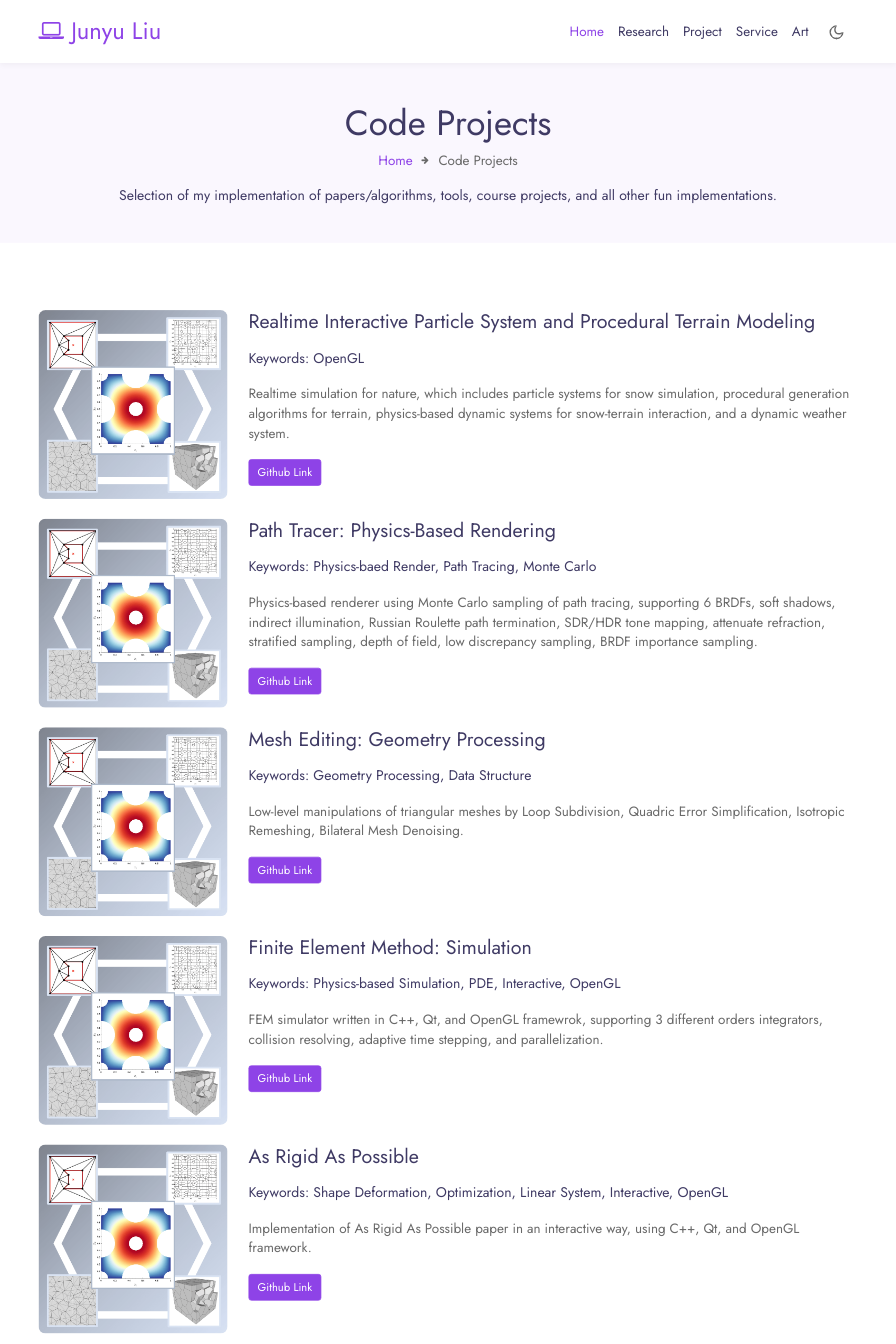
Repository: Junyu-Liu-Nate/junyu-liu-nate.github.io
Page: project.html
These files come from the project's save history. The page is drawn as it stood at one moment and after a run of saves; the edit follows.
The browser window is 1280 px wide. The pictures show the part of the page from y = 0 to 1920 px (the page is 3057 px tall), at 70% of full size.

Above is the page before, as saved 2024-04-10 19:16:36.
Console error: TypeError: Cannot read properties of null (reading 'classList')

### project.html
<!--
Author: Junyu Liu
Author: W3layouts
Author URL: http://w3layouts.com
-->
<!doctype html>
<html lang="en">

<head>
  <!-- Required meta tags -->
  <meta charset="utf-8">
  <meta name="viewport" content="width=device-width, initial-scale=1, shrink-to-fit=no">

  <title>Junyu Liu - Projects</title>

  <!-- google fonts -->
  <link href="//fonts.googleapis.com/css2?family=Jost:wght@300;400;600&display=swap" rel="stylesheet">

  <!-- Template CSS -->
  <link rel="stylesheet" href="assets/css/style-starter.css">
</head>

<body>
<!-- header -->
<header id="site-header" class="fixed-top">
  <div class="container">
      <nav class="navbar navbar-expand-lg stroke">
          <a class="navbar-brand" href="index.html">
              <span class="fa fa-laptop"></span> Junyu Liu
          </a>
          <!-- if logo is image enable this
      <a class="navbar-brand" href="#index.html">
          <img src="image-path" alt="Your logo" title="Your logo" style="height:35px;" />
      </a> -->
          <button class="navbar-toggler  collapsed bg-gradient" type="button" data-toggle="collapse"
              data-target="#navbarTogglerDemo02" aria-controls="navbarTogglerDemo02" aria-expanded="false"
              aria-label="Toggle navigation">
              <span class="navbar-toggler-icon fa icon-expand fa-bars"></span>
              <span class="navbar-toggler-icon fa icon-close fa-times"></span>
              </span>
          </button>

          <div class="collapse navbar-collapse" id="navbarTogglerDemo02">
            <ul class="navbar-nav ml-auto">
                <li class="nav-item active">
                    <a class="nav-link" href="index.html">Home <span class="sr-only">(current)</span></a>
                </li>
                <li class="nav-item @@research_active">
                    <a class="nav-link" href="research.html">Research</a>
                </li>
                <li class="nav-item @@project_active">
                  <a class="nav-link" href="project.html">Project</a>
                </li>
                <li class="nav-item @@service_active">
                  <a class="nav-link" href="service.html">Service</a>
                </li>
                <li class="nav-item @@art_active">
                    <a class="nav-link" href="art.html">Art</a>
                </li>
            </ul>
        </div>
          <!-- toggle switch for light and dark theme -->
          <div class="mobile-position">
              <nav class="navigation">
                  <div class="theme-switch-wrapper">
                      <label class="theme-switch" for="checkbox">
                          <input type="checkbox" id="checkbox">
                          <div class="mode-container">
                              <i class="gg-sun"></i>
                              <i class="gg-moon"></i>
                          </div>
                      </label>
                  </div>
              </nav>
          </div>
          <!-- //toggle switch for light and dark theme -->
      </nav>
  </div>
</header>
<!-- //header -->

<!-- about breadcrumb -->
<section class="w3l-about-breadcrumb text-center">
    <div class="breadcrumb-bg breadcrumb-bg-about py-sm-5 py-4">
        <div class="container py-2">
            <h2 class="title">Code Projects</h2>
            <ul class="breadcrumbs-custom-path mt-2">
                <li><a href="index.html">Home</a></li>
                <li class="active"><span class="fa fa-arrow-right mx-2" aria-hidden="true"></span> Code Projects </li>
            </ul>
            <br>
            <h5>Selection of my implementation of papers/algorithms, tools, course projects, and all other fun implementations.</h5>
        </div>
    </div>
</section>
<!-- //about breadcrumb -->

<!-- about page about section -->
<section class="w3l-aboutblock1" id="about">
    <div class="midd-w3 py-5">
        <div class="container py-lg-5 py-md-3">
              <div class="row">
                <div class="col-lg-3">
                  <div class="position-relative">
                      <img src="assets/images/project/thumnail/port-FEM-vs-VEM.png" alt="" class="radius-image img-fluid">
                  </div>
                </div>
                <div class="col-lg-9 mt-lg-0 mt-5">
                    <!-- <h5 class="title-small mb-2">Hello, I am UI/UX Designer</h5> -->
                    <h3 class="title">Realtime Interactive Particle System and Procedural Terrain Modeling</h3>
                    <br>
                    <h5>Keywords: OpenGL</h5>
                    <br>
                    <p>
                      Realtime simulation for nature, which includes particle systems for snow simulation, procedural generation algorithms for terrain, physics-based dynamic systems for snow-terrain interaction, and a dynamic weather system.
                    </p>
                    <br>
                    <div>
                      <a href="https://github.com/Junyu-Liu-Nate/Realtime-Interactive-Particle-System-Procedural-Modeling-OpenGL" class="btn btn-primary">Github Link</a>
                    </div>
                </div>
            </div>

            <p><br></p>

            <div class="row">
              <div class="col-lg-3">
                <div class="position-relative">
                    <img src="assets/images/project/thumnail/port-FEM-vs-VEM.png" alt="" class="radius-image img-fluid">
                </div>
              </div>
              <div class="col-lg-9 mt-lg-0 mt-5">
                  <!-- <h5 class="title-small mb-2">Hello, I am UI/UX Designer</h5> -->
                  <h3 class="title">Path Tracer: Physics-Based Rendering</h3>
                  <br>
                  <h5>Keywords: Physics-baed Render, Path Tracing, Monte Carlo</h5>
                  <br>
                  <p>
                    Physics-based renderer using Monte Carlo sampling of path tracing, supporting 6 BRDFs, soft shadows, indirect illumination, Russian Roulette path termination, SDR/HDR tone mapping, attenuate refraction, stratified sampling, depth of field, low discrepancy sampling, BRDF importance sampling.
                  </p>
                  <br>
                  <div>
                    <a href="https://github.com/Junyu-Liu-Nate/Path-Tracer-Physics-Based-Rendering" class="btn btn-primary">Github Link</a>
                  </div>
              </div>
            </div>

            <p><br></p>

            <div class="row">
              <div class="col-lg-3">
                <div class="position-relative">
                    <img src="assets/images/project/thumnail/port-FEM-vs-VEM.png" alt="" class="radius-image img-fluid">
                </div>
              </div>
              <div class="col-lg-9 mt-lg-0 mt-5">
                  <!-- <h5 class="title-small mb-2">Hello, I am UI/UX Designer</h5> -->
                  <h3 class="title">Mesh Editing: Geometry Processing</h3>
                  <br>
                  <h5>Keywords: Geometry Processing, Data Structure</h5>
                  <br>
                  <p>
                    Low-level manipulations of triangular meshes by Loop Subdivision, Quadric Error Simplification, Isotropic Remeshing, Bilateral Mesh Denoising.
                  </p>
                  <br>
                  <div>
                    <a href="https://github.com/Junyu-Liu-Nate/Mesh-Editing-Geometry-Processing" class="btn btn-primary">Github Link</a>
                  </div>
              </div>
            </div>

            <p><br></p>

            <div class="row">
              <div class="col-lg-3">
                <div class="position-relative">
                    <img src="assets/images/project/thumnail/port-FEM-vs-VEM.png" alt="" class="radius-image img-fluid">
                </div>
              </div>
              <div class="col-lg-9 mt-lg-0 mt-5">
                  <!-- <h5 class="title-small mb-2">Hello, I am UI/UX Designer</h5> -->
                  <h3 class="title">Finite Element Method: Simulation</h3>
                  <br>
                  <h5>Keywords: Physics-based Simulation, PDE, Interactive, OpenGL</h5>
                  <br>
                  <p>
                    FEM simulator written in C++, Qt, and OpenGL framewrok, supporting 3 different orders integrators, collision resolving, adaptive time stepping, and parallelization.
                  </p>
                  <br>
                  <div>
                    <a href="https://github.com/Junyu-Liu-Nate/Finite-Element-Method-Simulation" class="btn btn-primary">Github Link</a>
                  </div>
              </div>
            </div>

            <p><br></p>

            <div class="row">
              <div class="col-lg-3">
                <div class="position-relative">
                    <img src="assets/images/project/thumnail/port-FEM-vs-VEM.png" alt="" class="radius-image img-fluid">
                </div>
              </div>
              <div class="col-lg-9 mt-lg-0 mt-5">
                  <!-- <h5 class="title-small mb-2">Hello, I am UI/UX Designer</h5> -->
                  <h3 class="title">As Rigid As Possible</h3>
                  <br>
                  <h5>Keywords: Shape Deformation, Optimization, Linear System, Interactive, OpenGL</h5>
                  <br>
                  <p>
                    Implementation of As Rigid As Possible paper in an interactive way, using C++, Qt, and OpenGL framework.
                  </p>
                  <br>
                  <div>
                    <a href="https://github.com/Junyu-Liu-Nate/As-Rigid-As-Possible" class="btn btn-primary">Github Link</a>
                  </div>
              </div>
            </div>

            <p><br></p>

            <div class="row">
              <div class="col-lg-3">
                <div class="position-relative">
                    <img src="assets/images/project/thumnail/port-FEM-vs-VEM.png" alt="" class="radius-image img-fluid">
                </div>
              </div>
              <div class="col-lg-9 mt-lg-0 mt-5">
                  <!-- <h5 class="title-small mb-2">Hello, I am UI/UX Designer</h5> -->
                  <h3 class="title">Interactive Drawing Board and Image Editor</h3>
                  <br>
                  <h5>Keywords: Interactive, Drawing Board, Filters, Sampling</h5>
                  <br>
                  <p>
                    2D interactive drawing board and image editor. The drawing board supports flexible brush flows (constant, linear, quadratic, smudge, spray, fill, and alpha blending), brush sizes, brush colors. The image editor supports image filtering (3 blurring filters, 2 edge detection), image scaling and roatation, tone mapping, etc.
                  </p>
                  <br>
                  <div>
                    <a href="https://github.com/Junyu-Liu-Nate/Interactive-Drawing-Board-and-Image-Editor" class="btn btn-primary">Github Link</a>
                  </div>
              </div>
            </div>

            <p><br></p>

            <div class="row">
              <div class="col-lg-3">
                <div class="position-relative">
                    <img src="assets/images/project/thumnail/port-FEM-vs-VEM.png" alt="" class="radius-image img-fluid">
                </div>
              </div>
              <div class="col-lg-9 mt-lg-0 mt-5">
                  <!-- <h5 class="title-small mb-2">Hello, I am UI/UX Designer</h5> -->
                  <h3 class="title">Ray Tracer: Photorealistic Rendering</h3>
                  <br>
                  <h5>Keywords: Render, Ray Tracing, Illumination, Data Structure</h5>
                  <br>
                  <p>
                    Ray Tracer which supports 4 BRDFs, implict/explicit shape rendering, advanced lighting, texture mapping,anti-aliasing, super-sampling, filtering, depth of field, soft shadow, acceleration, parallelization, etc.
                  </p>
                  <br>
                  <div>
                    <a href="https://github.com/Junyu-Liu-Nate/Ray-Tracer-Photorealistic-Rendering" class="btn btn-primary">Github Link</a>
                  </div>
              </div>
            </div>

            <p><br></p>

            <div class="row">
              <div class="col-lg-3">
                <div class="position-relative">
                    <img src="assets/images/project/thumnail/port-FEM-vs-VEM.png" alt="" class="radius-image img-fluid">
                </div>
              </div>
              <div class="col-lg-9 mt-lg-0 mt-5">
                  <!-- <h5 class="title-small mb-2">Hello, I am UI/UX Designer</h5> -->
                  <h3 class="title">Realtime Interactive Rasterizor: OpenGL</h3>
                  <br>
                  <h5>Keywords: Render, Rasterization, Illumination, Interacive, OpenGL</h5>
                  <br>
                  <p>
                    Realtime rasterizor with interactive support, including 4 BRDFs, implicit/explicit shape rendering, interactive camera movements, FBO, texture mapping, FXAA, adaptive level of detail, etc.
                  </p>
                  <br>
                  <div>
                    <a href="https://github.com/Junyu-Liu-Nate/Realtime-Interactive-Rasterizor-OpenGL" class="btn btn-primary">Github Link</a>
                  </div>
              </div>
            </div>

            <p><br></p>
        </div>

    </div>
    </div>
    </div>
</section>
<!-- //about page about section -->

<!-- about page third section -->
<!-- <section class="w3l-content-6 py-5">
    <div class="content-6-mian py-lg-5 py-md-4">
        <div class="container">
            <div class="content-info-in row">
                <div class="content-gd col-lg-6">
                    <h3 class="title-big mb-4">My Research Journey</h3>
                    <p>
                      I began with several Human-Computer Interaction works, focusing on (semi-)autonomous vehicles, with an exploration in interactive toolkit designs, privacy protection techniques, and multi-modal predictions of statistics.
                      <br><br>

                      I pusue my love of Computer Graphics and dig deeper into Physics-based character animation, Geometry Processing, and Simulation. Now, my main interest is Geometry Processing and Digital Fabrication.
                    </p>
                </div>
                <div class="content-gd col-lg-4 offset-lg-1">
                    <br><br><br>
                    <h5><b>Project Topic Coverage</b></h5><br>
                    <div class="progress-info">
                        <h6 class="progress-tittle">Computer Graphics</h6>
                        <div class="progress">
                            <div class="progress-bar progress-bar-striped" role="progressbar" style="width: 36%"
                                aria-valuenow="36" aria-valuemin="0" aria-valuemax="100">
                            </div>
                        </div>
                    </div>
                    <div class="progress-info">
                        <h6 class="progress-tittle">Machine Learning
                        </h6>
                        <div class="progress">
                            <div class="progress-bar progress-bar-striped" role="progressbar" style="width: 55%"
                                aria-valuenow="55" aria-valuemin="0" aria-valuemax="100">
                            </div>
                        </div>
                    </div>
                    <div class="progress-info">
                        <h6 class="progress-tittle">Human-Computer-Interaction</h6>
                        <div class="progress">
                            <div class="progress-bar progress-bar-striped" role="progressbar" style="width: 64%"
                                aria-valuenow="64" aria-valuemin="0" aria-valuemax="100">
                            </div>
                        </div>
                    </div>
                </div>
            </div>
        </div>
    </div>
</section> -->
<!-- about page third section -->

<!-- Footer -->
<section class="w3l-footer py-sm-5 py-4">
  <div class="container">
    <div class="footer-content">
      <div class="row">
        <div class="col-lg-8 footer-left">
          <p class="m-0">Junyu Liu © Copyright 2023. (Acknowledge: Template originally designed by <a href="https://w3layouts.com">W3layouts</a>)</p>
        </div>
        <div class="col-lg-4 footer-right text-lg-right text-center mt-lg-0 mt-3">
          <ul class="social m-0 p-0">
            <li><a href="#facebook"><span class="fa fa-facebook-official"></span></a></li>
            <li><a href="#linkedin"><span class="fa fa-linkedin-square"></span></a></li>
            <li><a href="#instagram"><span class="fa fa-instagram"></span></a></li>
            <li><a href="#twitter"><span class="fa fa-twitter"></span></a></li>
          </ul>
        </div>
      </div>
    </div>
  </div>

  <!-- move top -->
  <button onclick="topFunction()" id="movetop" title="Go to top">
    <span class="fa fa-angle-up"></span>
  </button>
  <script>
    // When the user scrolls down 20px from the top of the document, show the button
    window.onscroll = function () {
      scrollFunction()
    };

    function scrollFunction() {
      if (document.body.scrollTop > 20 || document.documentElement.scrollTop > 20) {
        document.getElementById("movetop").style.display = "block";
      } else {
        document.getElementById("movetop").style.display = "none";
      }
    }

    // When the user clicks on the button, scroll to the top of the document
    function topFunction() {
      document.body.scrollTop = 0;
      document.documentElement.scrollTop = 0;
    }
  </script>
  <!-- /move top -->
</section>
<!-- //Footer -->

<!-- all js scripts and files here -->

<script src="assets/js/theme-change.js"></script><!-- theme switch js (light and dark)-->

<script src="assets/js/jquery-3.3.1.min.js"></script><!-- default jQuery -->

<!-- /typig-text-->
<script>
  const typedTextSpan = document.querySelector(".typed-text");
  const cursorSpan = document.querySelector(".cursor");

  const textArray = ["UI/UX Designer", "Freelancer", "Web developer"];
  const typingDelay = 200;
  const erasingDelay = 10;
  const newTextDelay = 100; // Delay between current and next text
  let textArrayIndex = 0;
  let charIndex = 0;

  function type() {
    if (charIndex < textArray[textArrayIndex].length) {
      if (!cursorSpan.classList.contains("typing")) cursorSpan.classList.add("typing");
      typedTextSpan.textContent += textArray[textArrayIndex].charAt(charIndex);
      charIndex++;
      setTimeout(type, typingDelay);
    } else {
      cursorSpan.classList.remove("typing");
      setTimeout(erase, newTextDelay);
    }
  }

  function erase() {
    if (charIndex > 0) {
      // add class 'typing' if there's none
      if (!cursorSpan.classList.contains("typing")) {
        cursorSpan.classList.add("typing");
      }
      typedTextSpan.textContent = textArray[textArrayIndex].substring(0, 0);
      charIndex--;
      setTimeout(erase, erasingDelay);
    } else {
      cursorSpan.classList.remove("typing");
      textArrayIndex++;
      if (textArrayIndex >= textArray.length) textArrayIndex = 0;
      setTimeout(type, typingDelay);
    }
  }

  document.addEventListener("DOMContentLoaded", function () { // On DOM Load initiate the effect
    if (textArray.length) setTimeout(type, newTextDelay + 250);
  });
</script>
<!-- //typig-text-->

<!-- services owlcarousel -->
<script src="assets/js/owl.carousel.js"></script>

<!-- script for services -->
<script>
  $(document).ready(function () {
    $('.owl-two').owlCarousel({
      loop: true,
      margin: 30,
      nav: false,
      responsiveClass: true,
      autoplay: false,
      autoplayTimeout: 5000,
      autoplaySpeed: 1000,
      autoplayHoverPause: false,
      responsive: {
        0: {
          items: 1,
          nav: false
        },
        480: {
          items: 1,
          nav: false
        },
        700: {
          items: 1,
          nav: false
        },
        1090: {
          items: 3,
          nav: false
        }
      }
    })
  })
</script>
<!-- //script for services -->

<!-- script for tesimonials carousel slider -->
<script>
  $(document).ready(function () {
    $("#owl-demo1").owlCarousel({
      loop: true,
      margin: 20,
      nav: false,
      responsiveClass: true,
      responsive: {
        0: {
          items: 1,
          nav: false
        },
        736: {
          items: 1,
          nav: false
        },
        1000: {
          items: 2,
          nav: false,
          loop: false
        }
      }
    })
  })
</script>
<!-- //script for tesimonials carousel slider -->

<!-- video popup -->
<script src="assets/js/jquery.magnific-popup.min.js"></script>
<script>
  $(document).ready(function () {
    $('.popup-with-zoom-anim').magnificPopup({
      type: 'inline',

      fixedContentPos: false,
      fixedBgPos: true,

      overflowY: 'auto',

      closeBtnInside: true,
      preloader: false,

      midClick: true,
      removalDelay: 300,
      mainClass: 'my-mfp-zoom-in'
    });

    $('.popup-with-move-anim').magnificPopup({
      type: 'inline',

      fixedContentPos: false,
      fixedBgPos: true,

      overflowY: 'auto',

      closeBtnInside: true,
      preloader: false,

      midClick: true,
      removalDelay: 300,
      mainClass: 'my-mfp-slide-bottom'
    });
  });
</script>
<!-- //video popup -->

<!-- stats number counter-->
<script src="assets/js/jquery.waypoints.min.js"></script>
<script src="assets/js/jquery.countup.js"></script>
<script>
  $('.counter').countUp();
</script>
<!-- //stats number counter -->

<!-- disable body scroll which navbar is in active -->
<script>
  $(function () {
    $('.navbar-toggler').click(function () {
      $('body').toggleClass('noscroll');
    })
  });
</script>
<!-- disable body scroll which navbar is in active -->

<!--/MENU-JS-->
<script>
  $(window).on("scroll", function () {
    var scroll = $(window).scrollTop();

    if (scroll >= 80) {
      $("#site-header").addClass("nav-fixed");
    } else {
      $("#site-header").removeClass("nav-fixed");
    }
  });

  //Main navigation Active Class Add Remove
  $(".navbar-toggler").on("click", function () {
    $("header").toggleClass("active");
  });
  $(document).on("ready", function () {
    if ($(window).width() > 991) {
      $("header").removeClass("active");
    }
    $(window).on("resize", function () {
      if ($(window).width() > 991) {
        $("header").removeClass("active");
      }
    });
  });
</script>
<!--//MENU-JS-->

<!-- bootstrap js -->
<script src="assets/js/bootstrap.min.js"></script>

</body>

</html>

Loaded but not shown: assets/css/style-starter.css (library); assets/js/theme-change.js (common file); assets/js/jquery-3.3.1.min.js (library); assets/js/owl.carousel.js (library); assets/js/jquery.magnific-popup.min.js (library); assets/js/jquery.waypoints.min.js (library); assets/js/jquery.countup.js (common file); assets/js/bootstrap.min.js (library)

After the next 2 saves:
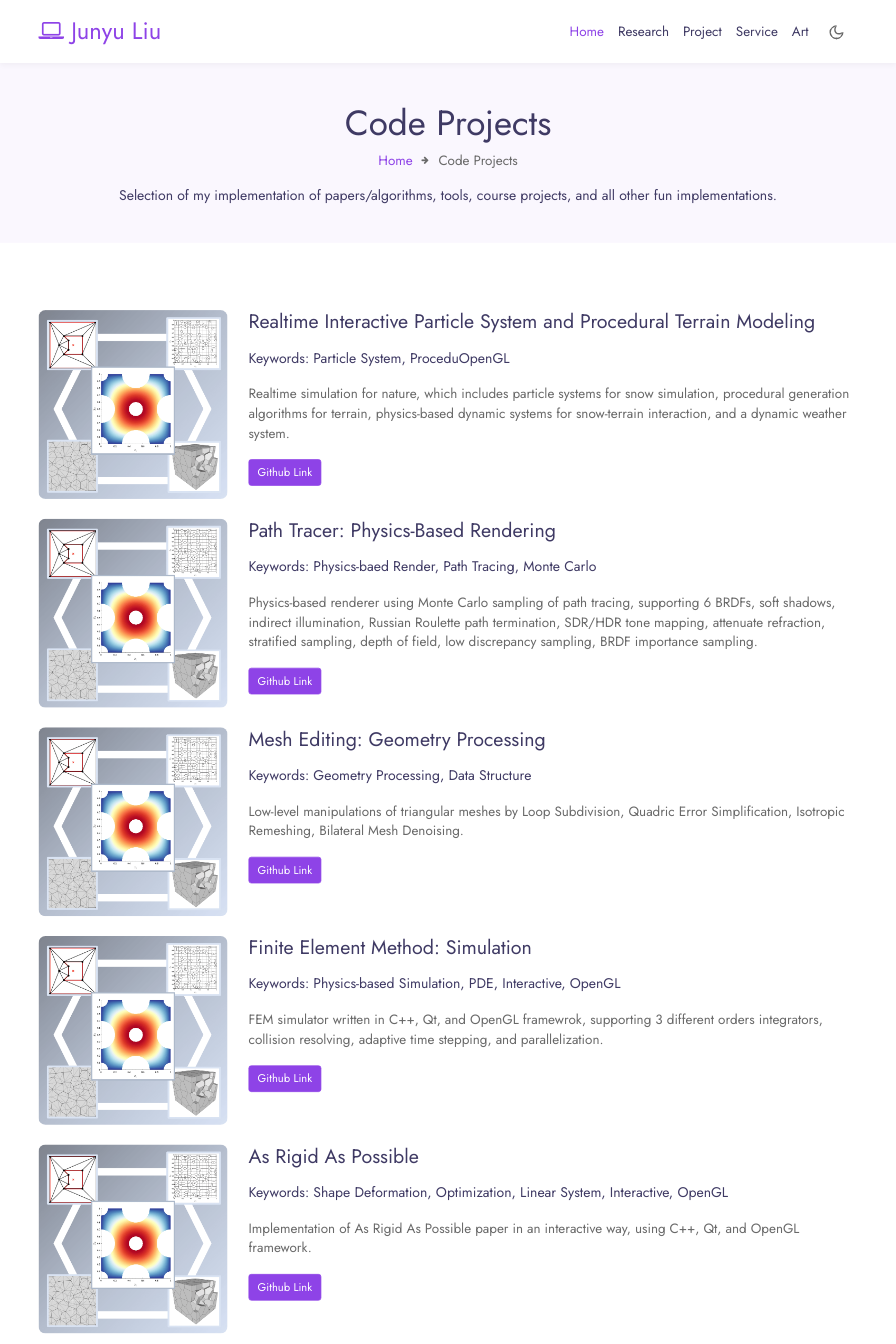
The 2 saves are shown as one change because they came seconds apart.
The last was saved 22 s later.
--- a/project.html
+++ b/project.html
@@ -109,7 +109,7 @@ Author URL: http://w3layouts.com
                     <!-- <h5 class="title-small mb-2">Hello, I am UI/UX Designer</h5> -->
                     <h3 class="title">Realtime Interactive Particle System and Procedural Terrain Modeling</h3>
                     <br>
-                    <h5>Keywords: OpenGL</h5>
+                    <h5>Keywords: Particle System, ProceduOpenGL</h5>
                     <br>
                     <p>
                       Realtime simulation for nature, which includes particle systems for snow simulation, procedural generation algorithms for terrain, physics-based dynamic systems for snow-terrain interaction, and a dynamic weather system.
